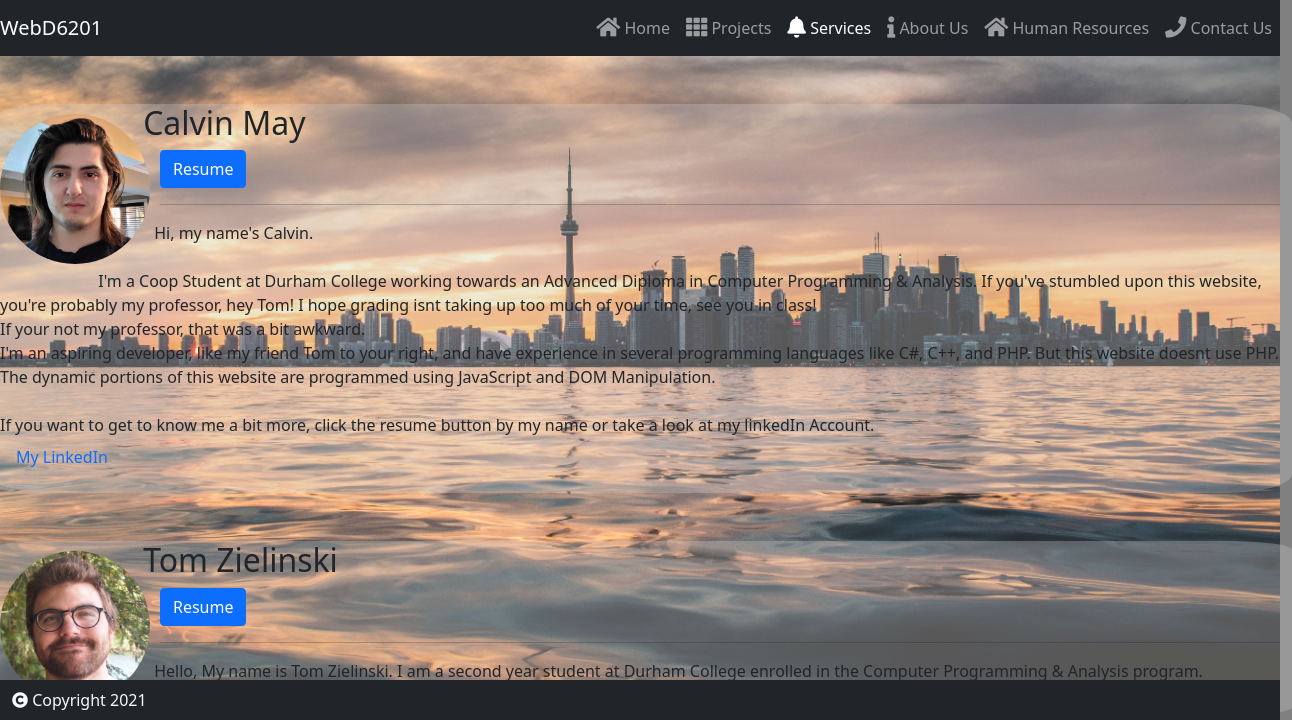
Repository: Tomelinski/Webd6201-Lab02
Page: services.html
These files come from the project's save history. The page is drawn as it stood at one moment and after the next save; the edit follows.
The browser window is 1280 px wide. The page is 1292 px wide, so the pictures cover 1292 px, including what lies to the right of the window. The pictures show the whole page.

Above is the page before, as saved 2021-02-05 21:16:50.

After the next save:
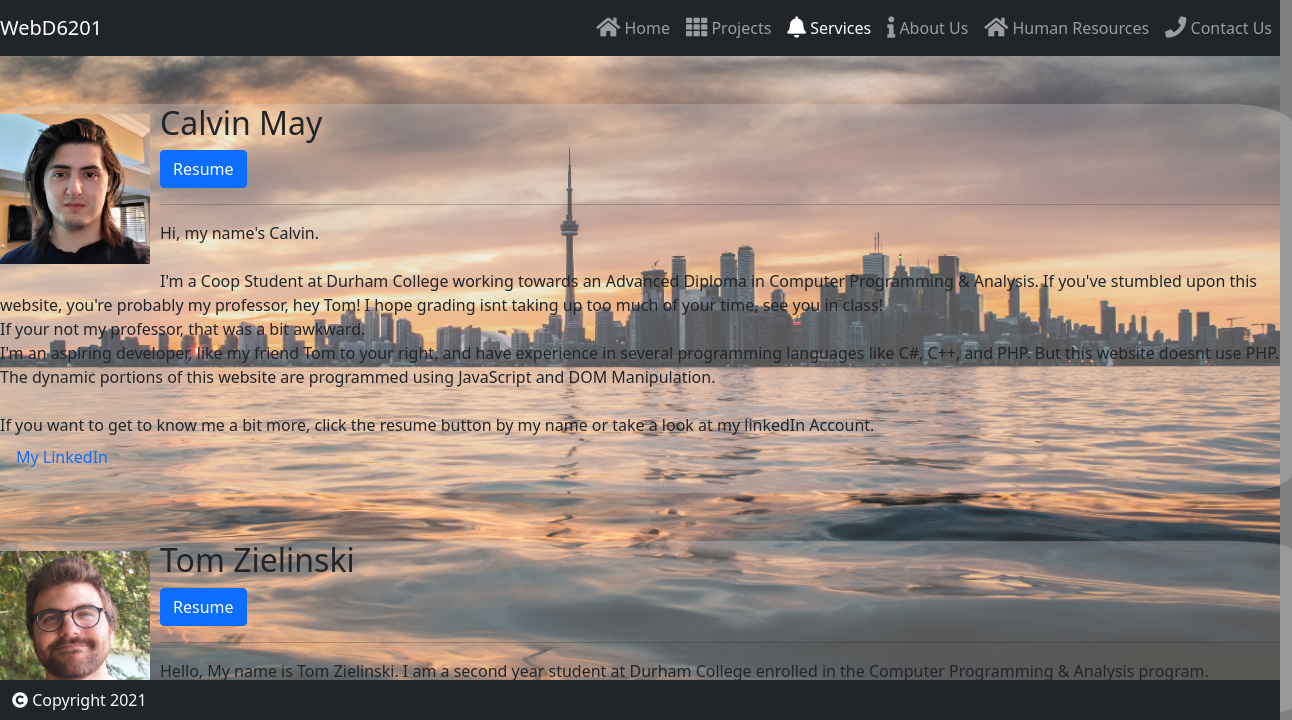
Saved 28 s later.
--- a/Scripts/app.js
+++ b/Scripts/app.js
@@ -164,7 +164,7 @@
         tomHeading.textContent = "Tom Zielinski";
         //-Portrait
         pic.setAttribute("src", "../Pictures/Tom.jpeg");
-        pic.setAttribute("class", "headshot-portrait");
+        pic.setAttribute("class", "services-picture");
         pic.setAttribute("alt", "Headshot of Tom");
         //-Resume
         tomResume.setAttribute("href", "../files/resumes/Tom_Resume.pdf");
@@ -193,7 +193,7 @@
         calvinHeading.textContent = "Calvin May";
         //-Portrait
         calvinPortrait.setAttribute("src", "../Pictures/Calvin.jpg");
-        calvinPortrait.setAttribute("class", "headshot-portrait");
+        calvinPortrait.setAttribute("class", "services-picture");
         calvinPortrait.setAttribute("alt", "Headshot of Tom");
         //-Resume
         calvinResume.setAttribute("href", "../files/resumes/Calvin_Resume.pdf");
